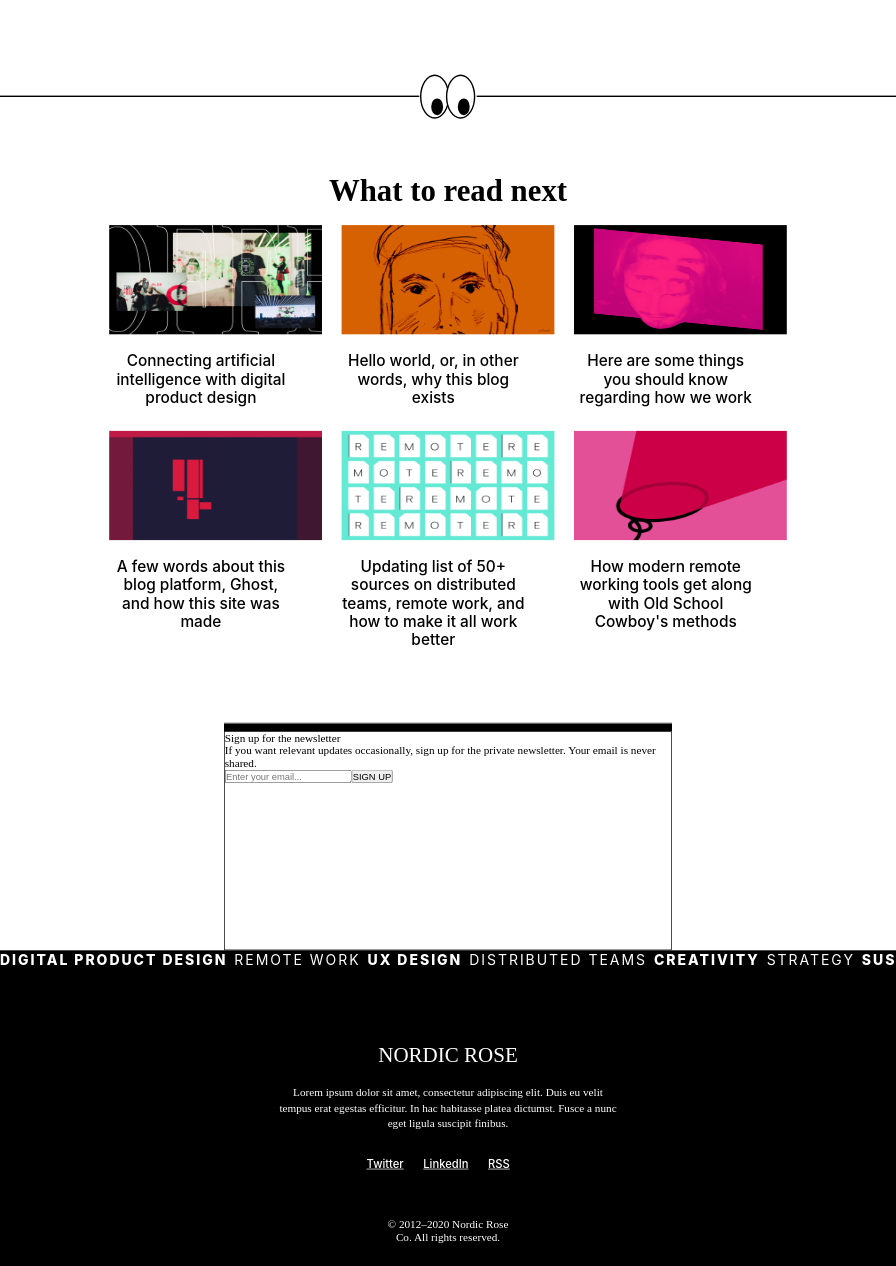
Repository: ThuTrang-jvb/JVB-BT1
Page: Page 3/article.html
The author's editor kept a copy of each file at every save. The page is drawn from the files as they stood at one save, then again after the next save.
The browser window is 1280 px wide. The pictures show the part of the page from y = 3931 to 5851 px (the page is 5740 px tall before and 5851 px after), at 70% of full size.

Above is the page before, as saved 2025-06-30 10:12:43.

After the next save:
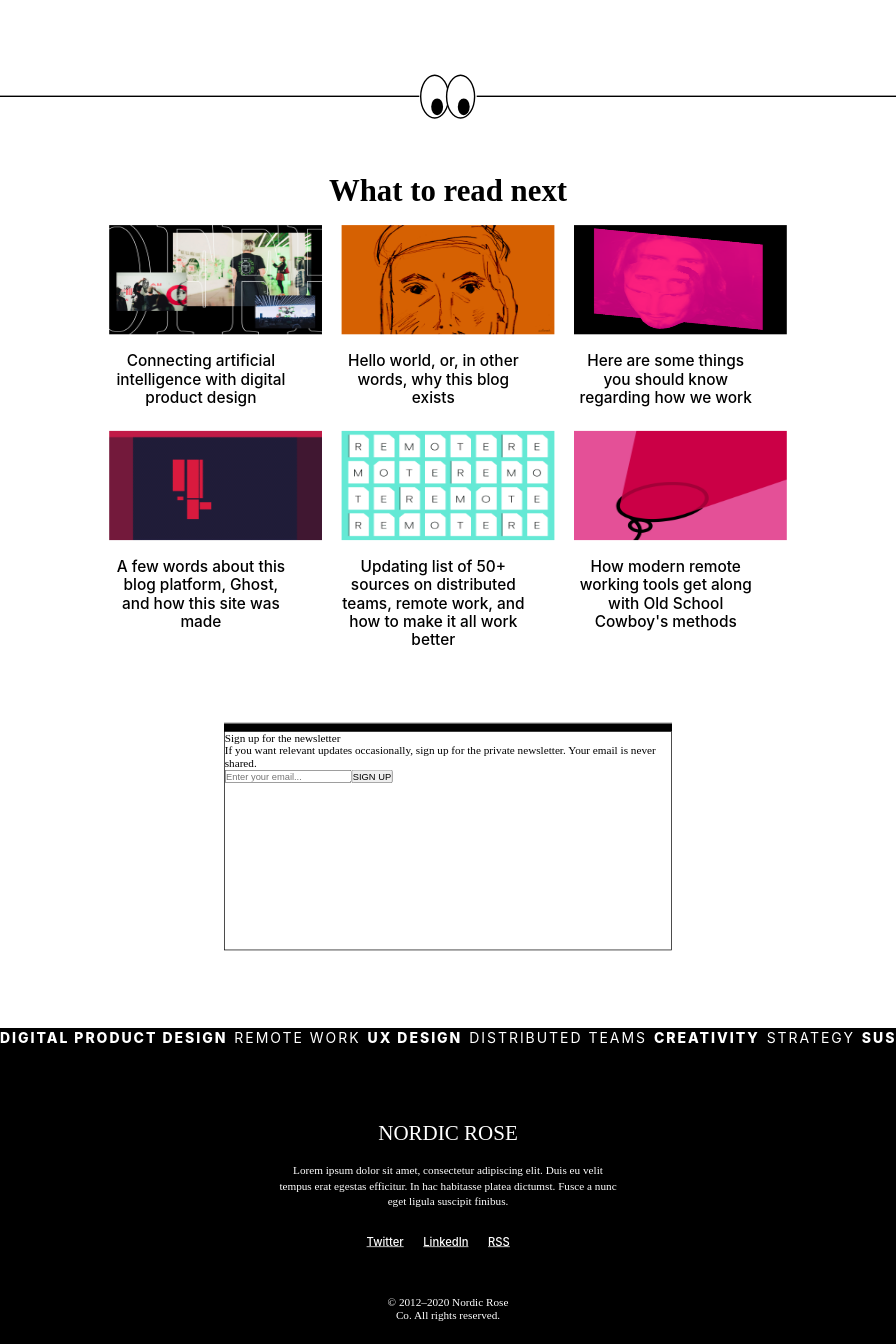
Saved 4 s later.
--- a/Page 3/styleArticle.css
+++ b/Page 3/styleArticle.css
@@ -418,7 +418,7 @@ h3 {
     height: 313px;
     border: 1px solid #000000;
     display: block;
-    margin: 0 auto ;
+    margin: 0 auto 111px;
 }
 hr {
     background: #000000;
